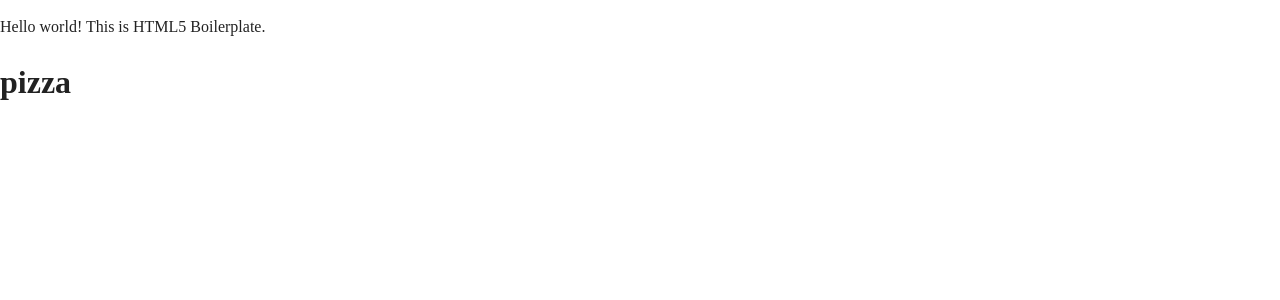
Repository: sierralaurent/MDIA2003-LAB03
Page: LAB03/index.html
An editor plug-in stored every save of this project. The page is shown before and after the next save, followed by the edit.
The browser window is 1280 px wide. The pictures show the whole page.

Above is the page before, as saved 2023-01-16 17:01:06.

### LAB03/index.html
<!doctype html>
<html class="no-js" lang="">

<head>
  <meta charset="utf-8">
  <title></title>
  <meta name="description" content="">
  <meta name="viewport" content="width=device-width, initial-scale=1">

  <meta property="og:title" content="">
  <meta property="og:type" content="">
  <meta property="og:url" content="">
  <meta property="og:image" content="">

  <link rel="manifest" href="site.webmanifest">
  <link rel="apple-touch-icon" href="icon.png">
  <!-- Place favicon.ico in the root directory -->

  <link rel="stylesheet" href="css/normalize.css">
  <link rel="stylesheet" href="css/main.css">

  <meta name="theme-color" content="#fafafa">
</head>

<body>

  <!-- Add your site or application content here -->
  <p>Hello world! This is HTML5 Boilerplate.</p>
  <h1>pizza</h1>
  <script src="js/vendor/modernizr-3.11.2.min.js"></script>
  <script src="js/plugins.js"></script>
  <script src="js/main.js"></script>

  <!-- Google Analytics: change UA-XXXXX-Y to be your site's ID. -->
  <script>
    window.ga = function () { ga.q.push(arguments) }; ga.q = []; ga.l = +new Date;
    ga('create', 'UA-XXXXX-Y', 'auto'); ga('set', 'anonymizeIp', true); ga('set', 'transport', 'beacon'); ga('send', 'pageview')
  </script>
  <script src="https://www.google-analytics.com/analytics.js" async></script>
</body>

</html>

### LAB03/css/main.css
/*! HTML5 Boilerplate v8.0.0 | MIT License | https://html5boilerplate.com/ */

/* main.css 2.1.0 | MIT License | https://github.com/h5bp/main.css#readme */
/*
 * What follows is the result of much research on cross-browser styling.
 * Credit left inline and big thanks to Nicolas Gallagher, Jonathan Neal,
 * Kroc Camen, and the H5BP dev community and team.
 */

/* ==========================================================================
   Base styles: opinionated defaults
   ========================================================================== */

html {
  color: #222;
  font-size: 1em;
  line-height: 1.4;
}

/*
 * Remove text-shadow in selection highlight:
 * https://twitter.com/miketaylr/status/12228805301
 *
 * Vendor-prefixed and regular ::selection selectors cannot be combined:
 * https://stackoverflow.com/a/16982510/7133471
 *
 * Customize the background color to match your design.
 */

::-moz-selection {
  background: #b3d4fc;
  text-shadow: none;
}

::selection {
  background: #b3d4fc;
  text-shadow: none;
}

/*
 * A better looking default horizontal rule
 */

hr {
  display: block;
  height: 1px;
  border: 0;
  border-top: 1px solid #ccc;
  margin: 1em 0;
  padding: 0;
}

/*
 * Remove the gap between audio, canvas, iframes,
 * images, videos and the bottom of their containers:
 * https://github.com/h5bp/html5-boilerplate/issues/440
 */

audio,
canvas,
iframe,
img,
svg,
video {
  vertical-align: middle;
}

/*
 * Remove default fieldset styles.
 */

fieldset {
  border: 0;
  margin: 0;
  padding: 0;
}

/*
 * Allow only vertical resizing of textareas.
 */

textarea {
  resize: vertical;
}

/* ==========================================================================
   Author's custom styles
   ========================================================================== */

/* ==========================================================================
   Helper classes
   ========================================================================== */

/*
 * Hide visually and from screen readers
 */

.hidden,
[hidden] {
  display: none !important;
}

/*
 * Hide only visually, but have it available for screen readers:
 * https://snook.ca/archives/html_and_css/hiding-content-for-accessibility
 *
 * 1. For long content, line feeds are not interpreted as spaces and small width
 *    causes content to wrap 1 word per line:
 *    https://medium.com/@jessebeach/beware-smushed-off-screen-accessible-text-5952a4c2cbfe
 */

.sr-only {
  border: 0;
  clip: rect(0, 0, 0, 0);
  height: 1px;
  margin: -1px;
  overflow: hidden;
  padding: 0;
  position: absolute;
  white-space: nowrap;
  width: 1px;
  /* 1 */
}

/*
 * Extends the .sr-only class to allow the element
 * to be focusable when navigated to via the keyboard:
 * https://www.drupal.org/node/897638
 */

.sr-only.focusable:active,
.sr-only.focusable:focus {
  clip: auto;
  height: auto;
  margin: 0;
  overflow: visible;
  position: static;
  white-space: inherit;
  width: auto;
}

/*
 * Hide visually and from screen readers, but maintain layout
 */

.invisible {
  visibility: hidden;
}

/*
 * Clearfix: contain floats
 *
 * For modern browsers
 * 1. The space content is one way to avoid an Opera bug when the
 *    `contenteditable` attribute is included anywhere else in the document.
 *    Otherwise it causes space to appear at the top and bottom of elements
 *    that receive the `clearfix` class.
 * 2. The use of `table` rather than `block` is only necessary if using
 *    `:before` to contain the top-margins of child elements.
 */

.clearfix::before,
.clearfix::after {
  content: " ";
  display: table;
}

.clearfix::after {
  clear: both;
}

/* ==========================================================================
   EXAMPLE Media Queries for Responsive Design.
   These examples override the primary ('mobile first') styles.
   Modify as content requires.
   ========================================================================== */

@media only screen and (min-width: 35em) {
  /* Style adjustments for viewports that meet the condition */
}

@media print,
  (-webkit-min-device-pixel-ratio: 1.25),
  (min-resolution: 1.25dppx),
  (min-resolution: 120dpi) {
  /* Style adjustments for high resolution devices */
}

/* ==========================================================================
   Print styles.
   Inlined to avoid the additional HTTP request:
   https://www.phpied.com/delay-loading-your-print-css/
   ========================================================================== */

@media print {
  *,
  *::before,
  *::after {
    background: #fff !important;
    color: #000 !important;
    /* Black prints faster */
    box-shadow: none !important;
    text-shadow: none !important;
  }

  a,
  a:visited {
    text-decoration: underline;
  }

  a[href]::after {
    content: " (" attr(href) ")";
  }

  abbr[title]::after {
    content: " (" attr(title) ")";
  }

  /*
   * Don't show links that are fragment identifiers,
   * or use the `javascript:` pseudo protocol
   */
  a[href^="#"]::after,
  a[href^="javascript:"]::after {
    content: "";
  }

  pre {
    white-space: pre-wrap !important;
  }

  pre,
  blockquote {
    border: 1px solid #999;
    page-break-inside: avoid;
  }

  /*
   * Printing Tables:
   * https://web.archive.org/web/20180815150934/http://css-discuss.incutio.com/wiki/Printing_Tables
   */
  thead {
    display: table-header-group;
  }

  tr,
  img {
    page-break-inside: avoid;
  }

  p,
  h2,
  h3 {
    orphans: 3;
    widows: 3;
  }

  h2,
  h3 {
    page-break-after: avoid;
  }
}

### LAB03/js/plugins.js
// Avoid `console` errors in browsers that lack a console.
(function() {
  var method;
  var noop = function () {};
  var methods = [
    'assert', 'clear', 'count', 'debug', 'dir', 'dirxml', 'error',
    'exception', 'group', 'groupCollapsed', 'groupEnd', 'info', 'log',
    'markTimeline', 'profile', 'profileEnd', 'table', 'time', 'timeEnd',
    'timeline', 'timelineEnd', 'timeStamp', 'trace', 'warn'
  ];
  var length = methods.length;
  var console = (window.console = window.console || {});

  while (length--) {
    method = methods[length];

    // Only stub undefined methods.
    if (!console[method]) {
      console[method] = noop;
    }
  }
}());

// Place any jQuery/helper plugins in here.

Loaded but not shown: LAB03/css/normalize.css (library); LAB03/js/vendor/modernizr-3.11.2.min.js (library); LAB03/js/main.js (no stored copy; drawn as an empty file)

After the next save:
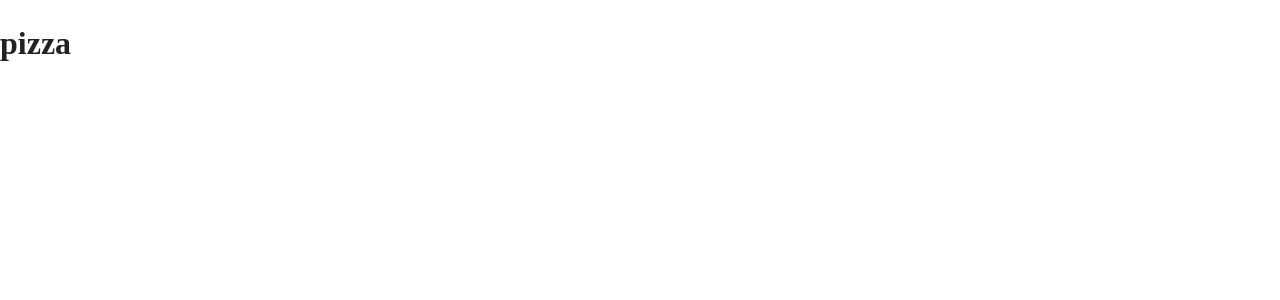
Saved 27 s later.
--- a/LAB03/index.html
+++ b/LAB03/index.html
@@ -25,7 +25,7 @@
 <body>
 
   <!-- Add your site or application content here -->
-  <p>Hello world! This is HTML5 Boilerplate.</p>
+  <p></p>
   <h1>pizza</h1>
   <script src="js/vendor/modernizr-3.11.2.min.js"></script>
   <script src="js/plugins.js"></script>

After the save that followed:
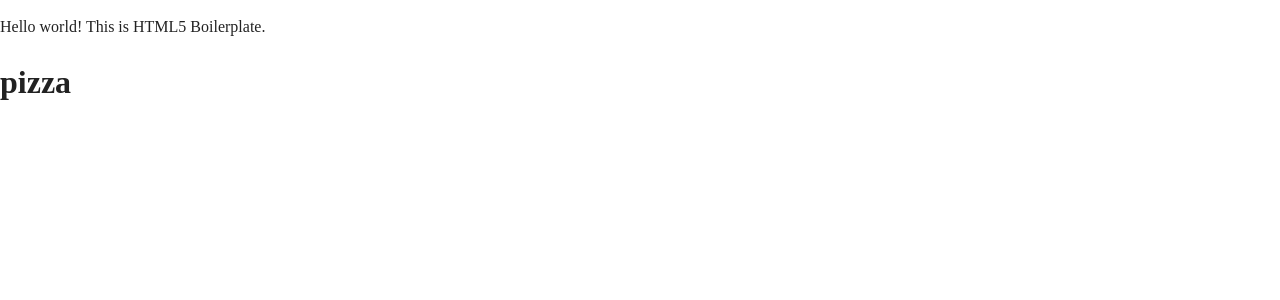
Saved 94 s later.
--- a/LAB03/index.html
+++ b/LAB03/index.html
@@ -25,7 +25,7 @@
 <body>
 
   <!-- Add your site or application content here -->
-  <p></p>
+  <p>Hello world! This is HTML5 Boilerplate.</p>
   <h1>pizza</h1>
   <script src="js/vendor/modernizr-3.11.2.min.js"></script>
   <script src="js/plugins.js"></script>
